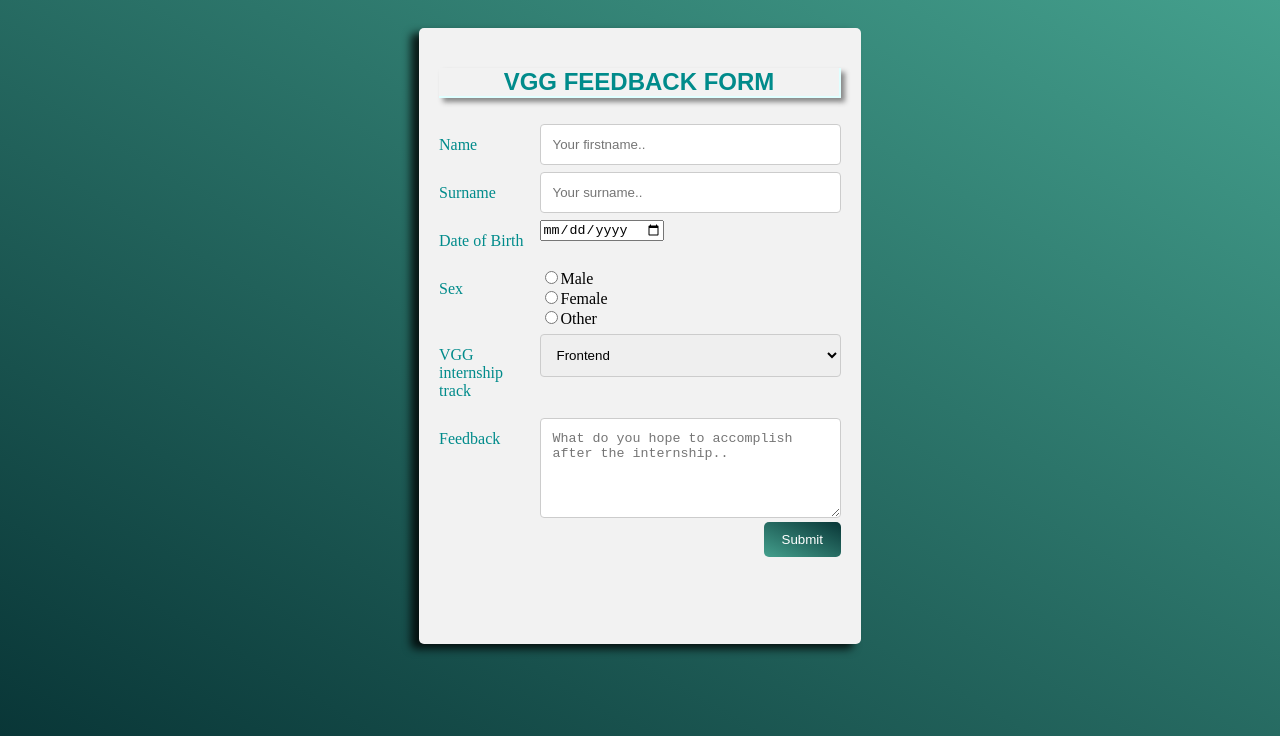
Repository: iphyokafor/VGG-Feedback-form
Page: index2.html
These files come from the project's save history. The page is drawn as it stood at one moment and after the next save; the edit follows.
The browser window is 1280 px wide. The pictures show the whole page.

Above is the page before, as saved 2020-01-13 02:01:12.

### index2.html
<!DOCTYPE html>
<html lang="en">

<head>
    <meta charset="UTF-8">
    <meta name="viewport" content="width=device-width, initial-scale=1.0">
    <meta http-equiv="X-UA-Compatible" content="ie=edge">
    <title>VGG feedback form</title>
    <link rel="stylesheet" href="./main.css">
</head>

<body>
    <div class="container">
        <form>
            <h2 class="heading">Vgg feedback form</h2>
            <div class="row">
                <div class="column1">
                    <label for="name">Name</label>
                </div>
                <div class="column3">
                    <input type="text" class="txtinput" id="name" name="name" placeholder="Your firstname.." required>
                </div>
            </div>
            <div class="row">
                <div class="column1">
                    <label for="surname">Surname</label>
                </div>
                <div class="column3">
                    <input type="text" class="txtinput" id="surname" name="surname" placeholder="Your surname.." required>
                </div>
            </div>
            <div class="row">
                <div class="column1">
                    <label for="dob">Date of Birth</label>
                </div>
                <div class="column3">
                    <input type="date" id="date" name="date">
                </div>
            </div>
            <div class="row">
                <div class="column1">
                    <label for="sex">Sex</label>
                </div>
                <div class="column3">
                    <input type="radio" class="radio-style" name="gender">Male<br>
                    <input type="radio" class="radio-style" name="gender">Female<br>
                    <input type="radio" class="radio-style" name="gender">Other
                </div>
            </div>
            <div class="row">
                <div class="column1">
                    <label for="VGG internship">VGG internship track</label>
                </div>
                <div class="column3">
                    <select id="VGG internship" name="VGG">
            <option value="frontend">Frontend</option>
            <option value="backend">Backend</option>
            <option value="ui/ux">UI/UX</option>
            <option value="software">Software Quality Assurance</option>
            <option value="devops">DevOps</option>
          </select>
                </div>
            </div>
            <div class="row">
                <div class="column1">
                    <label for="feedback">Feedback</label>
                </div>
                <div class="column3">
                    <textarea id="feedback" name="feedback" placeholder="What do you hope to accomplish after the internship.." style="height:100px"></textarea>
                </div>
            </div>
            <div class="row">
                <input type="submit" class="btn" value="Submit">
            </div>
        </form>
    </div>

</body>

</html>

### main.css
/* Style inputs, select elements and textareas */

body {
    display: flex;
    justify-content: center;
    flex-wrap: wrap;
    background: linear-gradient(to right top, #093637, #44A08D);
    background-repeat: no-repeat;
    height: 100vh;
}

.txtinput,
select,
textarea {
    width: 100%;
    padding: 12px;
    border: 1px solid #ccc;
    border-radius: 4px;
    box-sizing: border-box;
    resize: vertical;
}


/* Style the label to display next to the inputs */

label {
    padding: 12px 12px 12px 0;
    display: inline-block;
}


/* Style the submit button */

.btn {
    background: linear-gradient(to left bottom, #093637, #44A08D);
    color: white;
    padding: 10px 18px;
    border: none;
    border-radius: 5px;
    cursor: pointer;
    float: right;
    transition: all 1s;
}

.btn:hover {
    transform: scale(1.1);
}


/* Style the container */

.container {
    height: 80vh;
    margin-top: 20px;
    border-radius: 5px;
    background-color: #f2f2f2;
    padding: 20px;
    box-shadow: -8px 5px 8px rgba(0, 0, 0, 0.8);
    transition: border 0.15s linear 0s, linear 0s, color 0.15s linear 0s;
}

.heading {
    text-transform: uppercase;
    font-family: Arial, Helvetica, sans-serif;
    color: darkcyan;
    border-bottom: 2px solid lightcyan;
    border-right: 2px solid lightcyan;
    box-shadow: 4px 4px 5px #888888;
    width: 400px;
    text-align: center;
}


/* Floating column for labels: 25% width */

.column1 {
    float: left;
    width: 25%;
    margin-top: 6px;
    color: darkcyan;
}


/* Floating column for inputs: 75% width */

.column3 {
    float: left;
    width: 75%;
    margin-top: 6px;
}


/* Clear floats after the columns */

.row:after {
    content: "";
    display: table;
    clear: both;
}


/* Responsive layout - when the screen is less than 600px wide, make the two columns stack on top of each other instead of next to each other */

@media screen and (max-width: 600px) {
    .column1,
    .column3,
    .btn {
        width: 100%;
        margin-top: 0;
    }
}

After the next save:
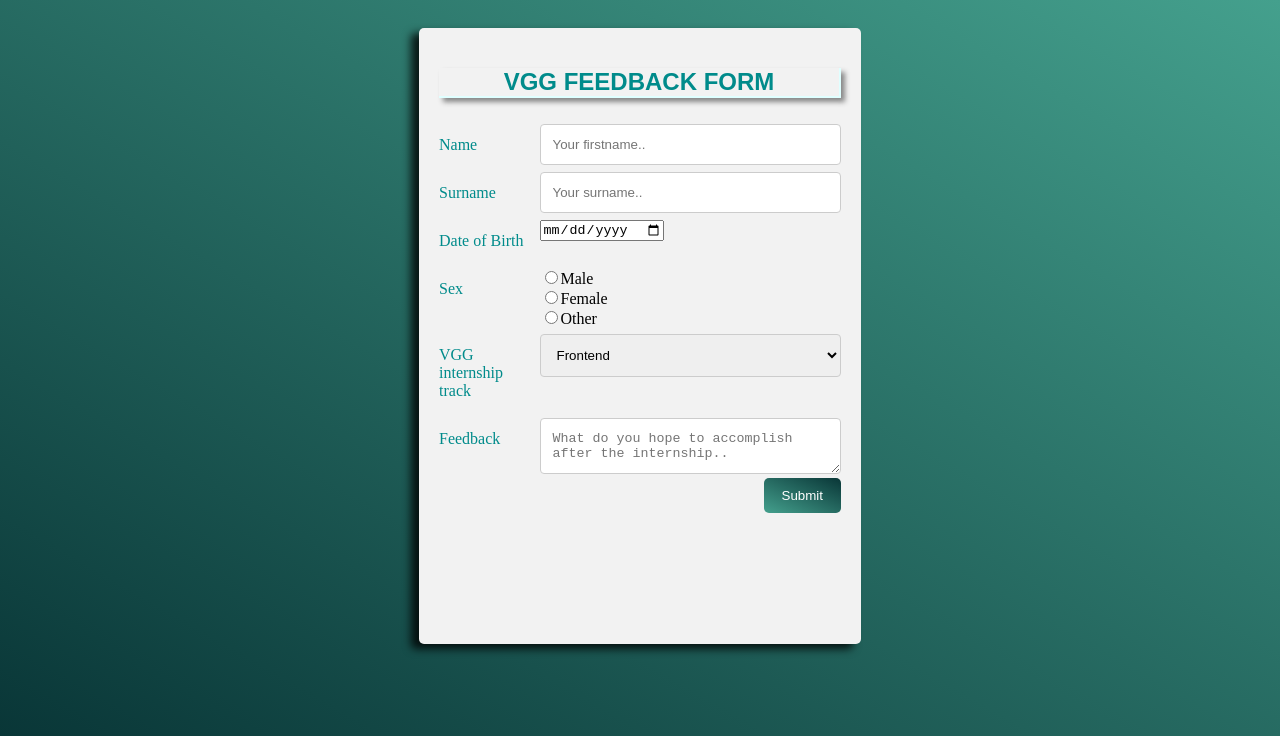
Saved 43 min 26 s later.
--- a/index2.html
+++ b/index2.html
@@ -66,7 +66,7 @@
                     <label for="feedback">Feedback</label>
                 </div>
                 <div class="column3">
-                    <textarea id="feedback" name="feedback" placeholder="What do you hope to accomplish after the internship.." style="height:100px"></textarea>
+                    <textarea id="feedback" name="feedback" placeholder="What do you hope to accomplish after the internship.."></textarea>
                 </div>
             </div>
             <div class="row">

After the save that followed:
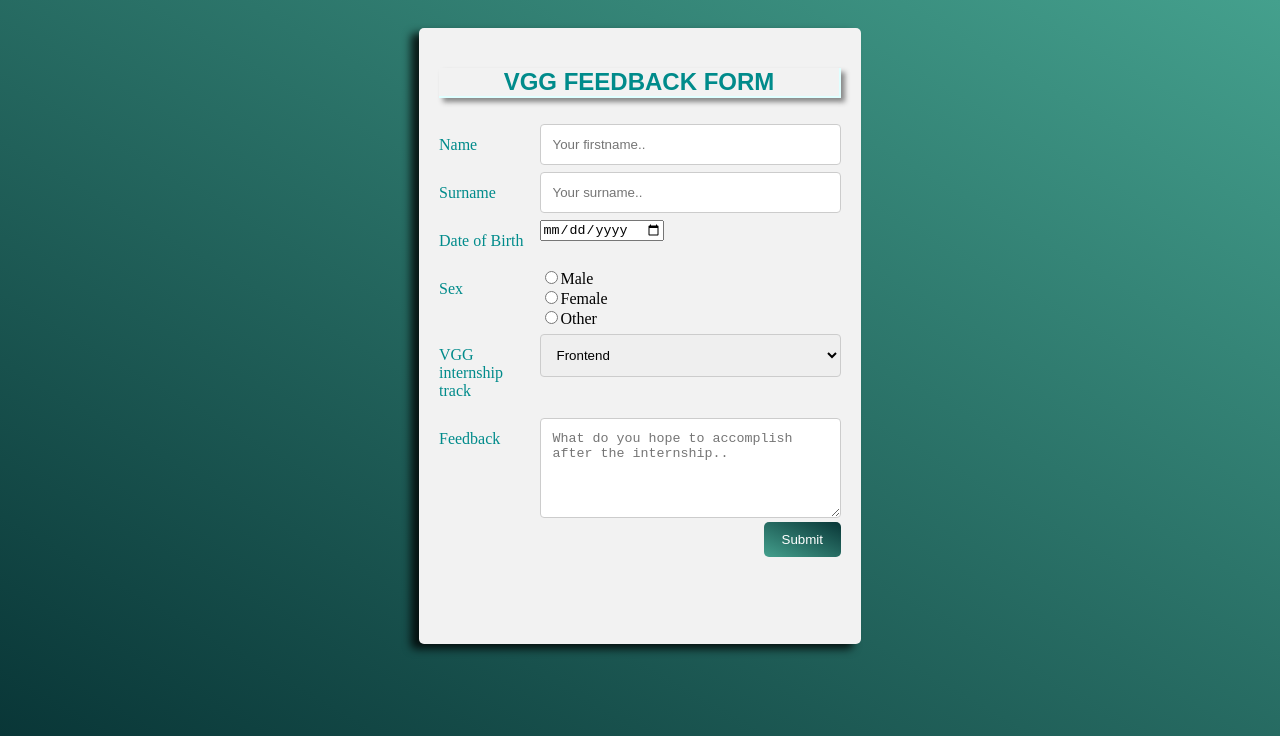
Saved 2 min 5 s later.
--- a/main.css
+++ b/main.css
@@ -18,6 +18,10 @@ textarea {
     border-radius: 4px;
     box-sizing: border-box;
     resize: vertical;
+}
+
+textarea {
+    height: 100px;
 }
 
 
